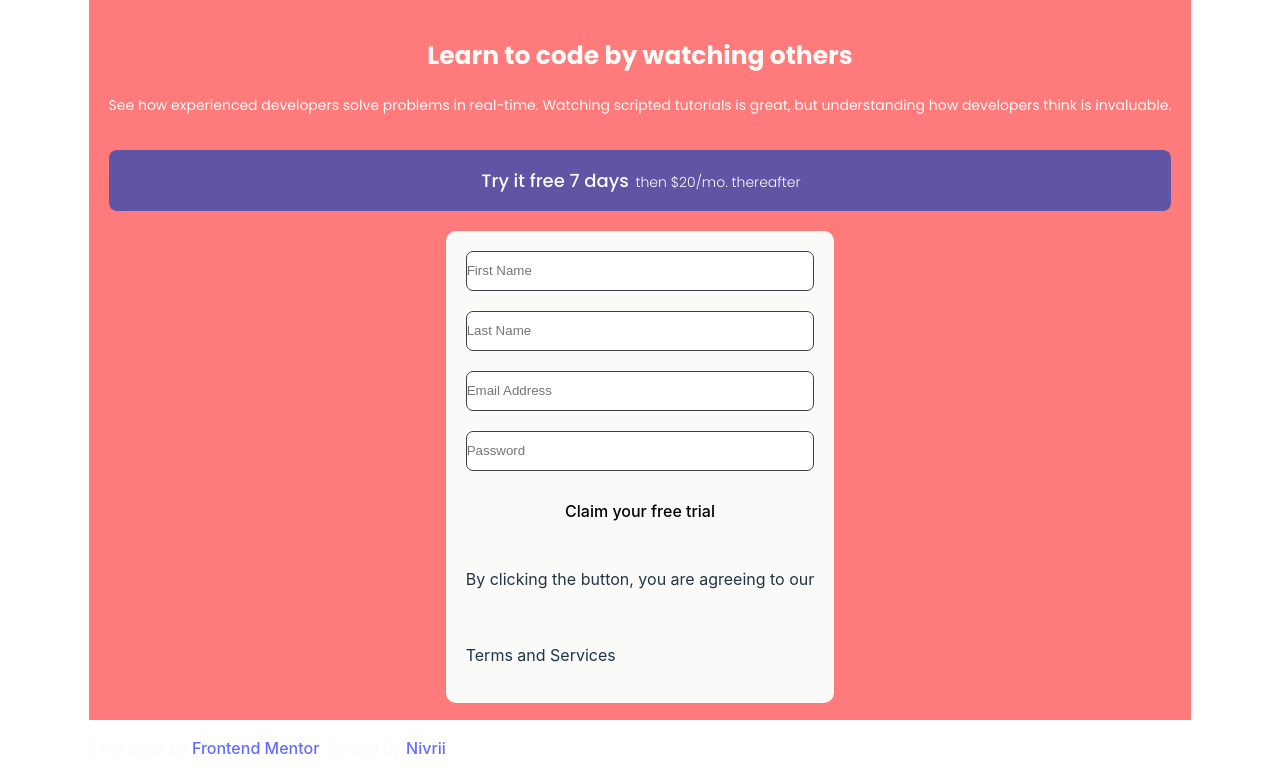
Repository: nivrii/intro-component-with-signup
Page: /
An editor plug-in stored every save of this project. The page is shown before and after the next save, followed by the edit.
The browser window is 1280 px wide. The pictures show the whole page.
The project was rebuilt for these pictures with package versions that can differ from the ones it lists, and the page was loaded fresh each time. Also part of the build but not shown: vite.config.js.

Above is the page before, as saved 2023-10-12 11:29:29.

### src/App.jsx
import { Footer } from './Footer/Footer';
import { Form } from './Form/Form';
import { Card } from './Card/Card';
import { Content } from './Content/Content';
import "./App.css";

function App() {

  return (
    <>
      <div className="container">
        <Content     />
        <Card     />
        <Form     />
      </div>
      <Footer    />
    </>
  );
}

export default App;

### src/Footer/Footer.jsx
import "./Footer.css";
export function Footer() {
  const coder = "Nivrii";
  return (
    <footer>
      <p className="attribution">
        Challenge by{" "}
        <a
          href="https://www.frontendmentor.io?ref=challenge"
          target="_blank"
          rel="noreferrer"
        >
          Frontend Mentor
        </a>
        . Coded by{" "}
        <a href="https://github.com/Nivrii/intro-component-with-signup">
          {coder}
        </a>
        .
      </p>
    </footer>
  );
}

### src/Form/Form.jsx
import "./Form.css";
export function Form() {
  return (
    <form action="submit" className="form">
      <input type="text" placeholder="First Name" name='fName' className="input"/>
      <input type="text" placeholder="Last Name" name='lName' className="input"/>
      <input type="email" placeholder="Email Address" name='email' className="input"/>
      <input type="password" placeholder="Password" name='password' className="input"/>
      <button type="submit" className="btn">Claim your free trial</button>
      <p>By clicking the button, you are agreeing to our</p>
      <p>Terms and Services</p>
    </form>
  );
}

### src/Card/Card.jsx
import "./Card.css";
export function Card() {
  return (
      <div className="card__content">
        <p><span>Try it free 7 days </span>
        then $20/mo. thereafter</p>
      </div>
  );
}

### src/Content/Content.jsx
import "./Content.css";
export function Content() {
  return (
    <div className="content">
      <h4>Learn to code by watching others</h4>
      <p>
        See how experienced developers solve problems in real-time. Watching
        scripted tutorials is great, but understanding how developers think is
        invaluable.
      </p>
    </div>
  );
}

### src/App.css
*{
  box-sizing: border-box;
  border: 0;
  padding: 0;
}
:root{
  /*Primary colors*/
  --red:hsl(0, 100%, 74%);
  --green: hsl(154, 59%, 51%);
  /*Accent colors*/
  --blue: hsl(248, 32%, 49%);
  --white:#FAFAF9;
  /*Neutral colors*/
  --dark-blue: hsl(249, 10%, 26%);
  --grayish-blue: hsl(246, 25%, 77%);
  /*typography*/
  --fSize: 14px;
  --w4: 400;
  --w5: 500;
  --w6: 600;
  --w7: 700;
}
@font-face {
  font-family: "Poppins-bold";
  src: url(./assets/Fonts/poppins/Poppins-Bold.otf) format("opentype");
}
@font-face {
  font-family: "Poppins-regular";
  src: url(./assets/Fonts/poppins/Poppins-Regular.otf) format("opentype");
}
@font-face {
  font-family: "Poppins-medium";
  src: url(./assets/Fonts/poppins/Poppins-Medium.otf) format("opentype");
}
@font-face {
  font-family: "Poppins-light";
  src: url(./assets/Fonts/poppins/Poppins-Light.otf) format("opentype");
}
body{
  display: flex;
  flex-direction: column;
}
.container{
  display: flex;
  flex-direction: column;
  align-items: center;
  justify-content: center;
  height: 100vh;
  width: 100%;
  background-color: var(--red);
  padding: 20px;
}

### src/Footer/Footer.css
@import url(../App.css);

.attribution{
    color: var(--white);
}

### src/Form/Form.css
@import url(../App.css);

.form{
    display: flex;
    flex-direction: column;
    background-color:var(--white);
    padding: 20px;
    gap: 20px;
    border-radius: 10px;
& .input,.btn{
    height: 40px;
    width: 100%;
    border-radius: 7px;
}& .input{
    border: 1px solid var(--dark-blue);
}
}

### src/Card/Card.css
@import url(../App.css);

.card__content{
    width: 100%;
    background-color: var(--blue);
    border-radius: 8px;
    padding: 15px 40px;
    margin: 20px 0;
    & *{
        color: var(--white);
        text-align: center;
        margin: 2px;
    }& span{
        font-size: 18px;
        font-family: 'Poppins-medium', sans-serif;
    }
    & p{
        font-family: 'Poppins-light', sans-serif;
        font-size: var(--fSize);

    }
}

### src/Content/Content.css
@import url(../App.css);

.content {
  & * {
    color: var(--white);
    text-align: center;
  }
  & h4 {
    font-size: 25px;
    margin: 20px;
    font-family: 'Poppins-bold', sans-serif;
  }
  & p {
    font-size: var(--fSize);
    font-family: 'Poppins-regular', sans-serif;
  }
}

Loaded but not shown: index.html (common file); src/main.jsx (common file); src/index.css (common file)

After the next save:
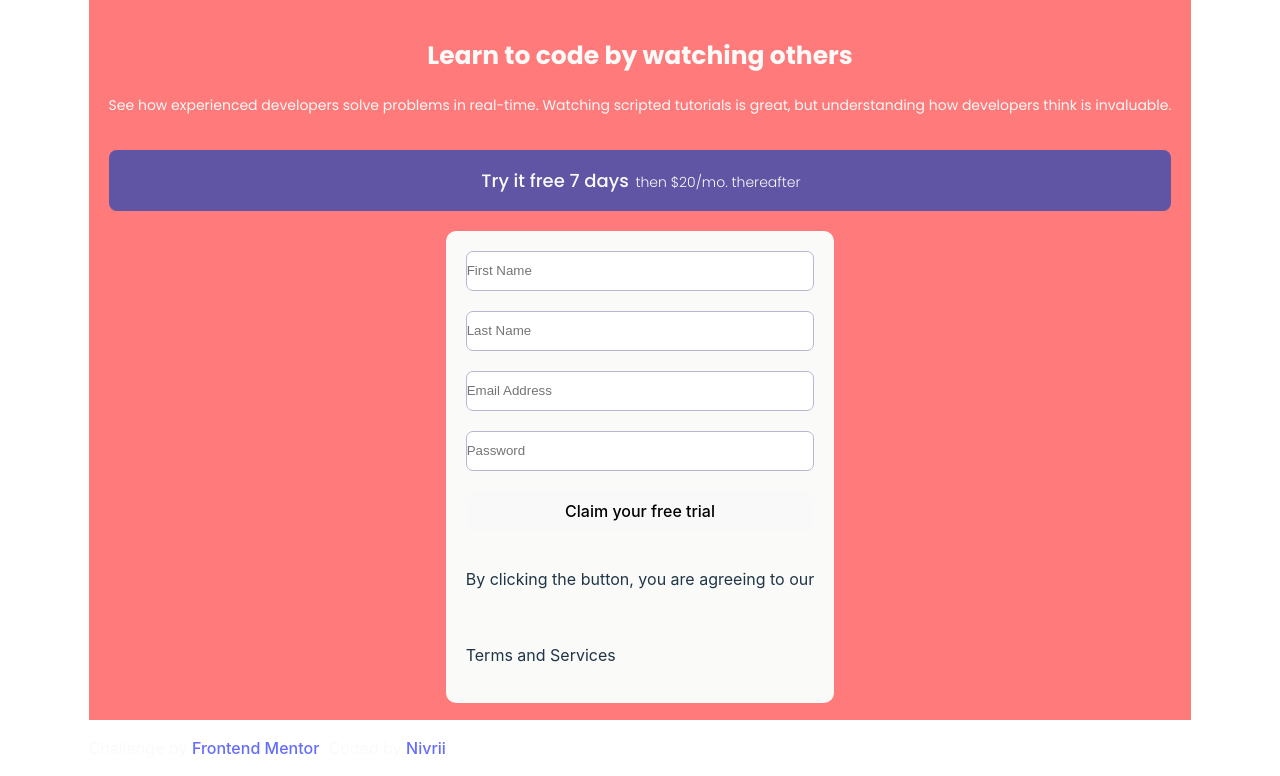
Saved 29 s later.
--- a/src/Form/Form.css
+++ b/src/Form/Form.css
@@ -12,6 +12,6 @@
     width: 100%;
     border-radius: 7px;
 }& .input{
-    border: 1px solid var(--dark-blue);
+    border: 1px solid var(--grayish-blue);
 }
 }
